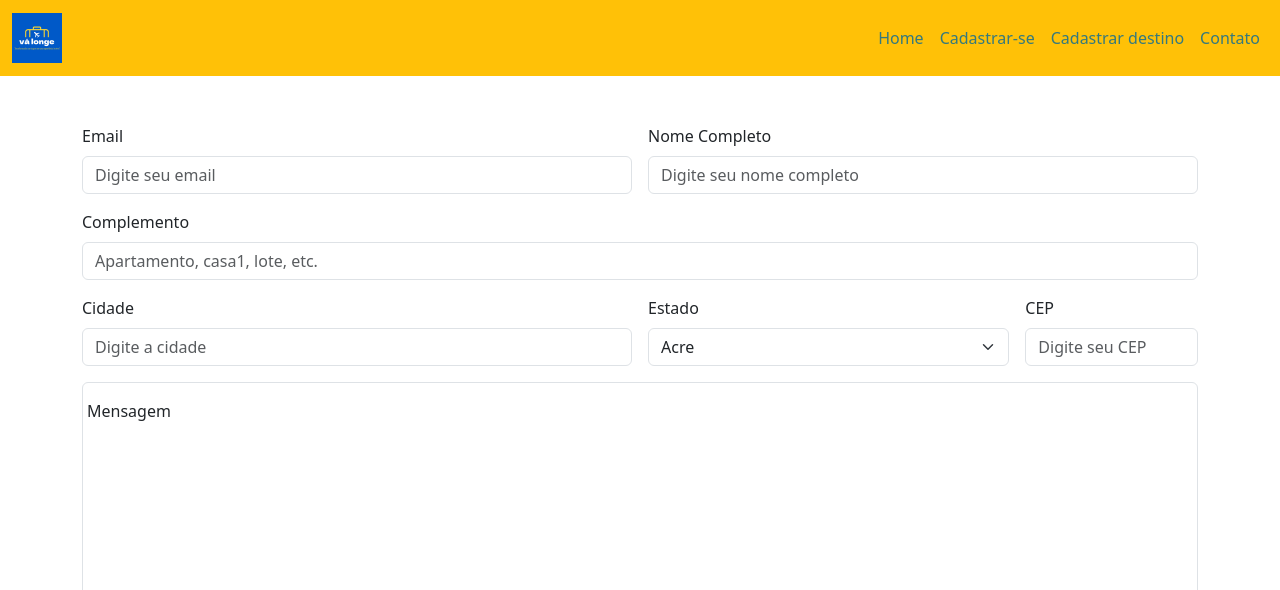
Repository: MaiconNunes315/Entrega_Recode_4
Page: Valonge/src/main/webapp/contact.html
The author's editor kept a copy of each file at every save. The page is drawn from the files as they stood at one save, then again after the next save.
The browser window is 1280 px wide. The pictures show the part of the page from y = 0 to 590 px (the page is 1132 px tall before and 960 px after).
A picture or video elsewhere on the page could not be fetched, so the positions and the page height are approximate. Some web fonts or font styles are not loaded; a fallback is used.

Above is the page before, as saved 2023-11-05 19:15:32.

After the next save:
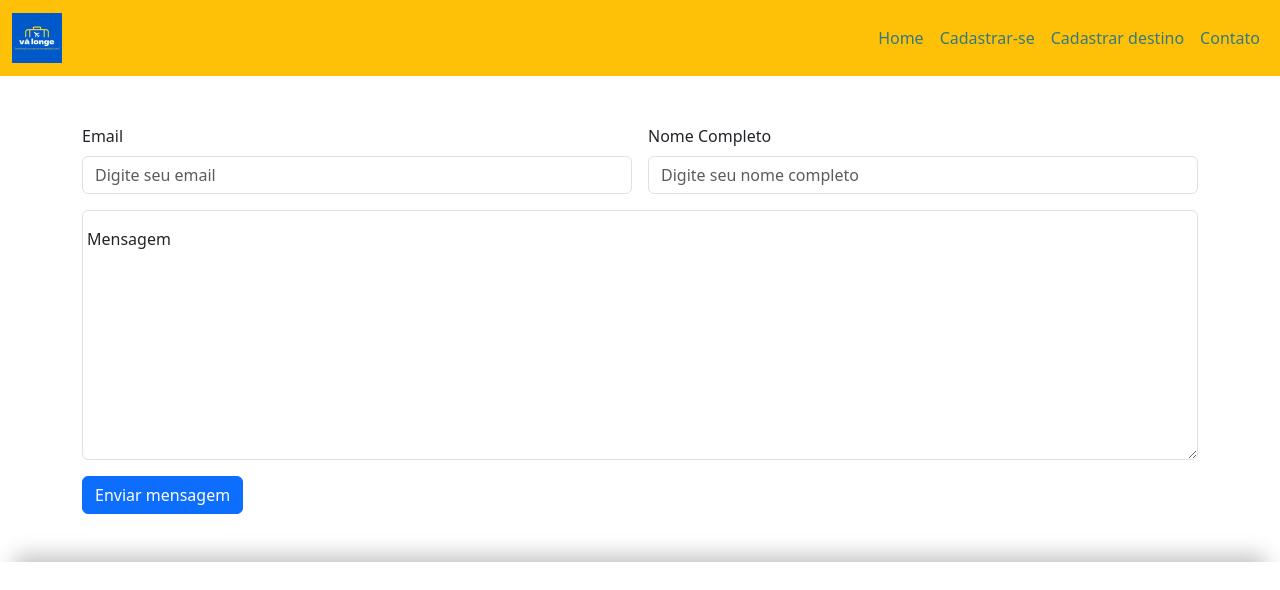
Saved 18 s later.
--- a/Valonge/src/main/webapp/contact.html
+++ b/Valonge/src/main/webapp/contact.html
@@ -72,51 +72,6 @@
                     id="inputPassword4">
             </div>
 
-            <div class="col-12">
-                <label for="inputAddress2" class="form-label">Complemento</label>
-                <input type="text" class="form-control" id="inputAddress2" placeholder="Apartamento, casa1, lote, etc.">
-            </div>
-            <div class="col-md-6">
-                <label for="inputCity" class="form-label">Cidade</label>
-                <input type="text" class="form-control" id="inputCity" required placeholder="Digite a cidade">
-            </div>
-            <div class="col-md-4">
-                <label for="inputState" class="form-label">Estado</label>
-                <select id="inputState" class="form-select">
-                    <option selected>Acre</option>
-                    <option>Alagoas</option>
-                    <option>Amapá</option>
-                    <option>Amazonas</option>
-                    <option>Bahia</option>
-                    <option>Brasilia</option>
-                    <option>Ceará</option>
-                    <option>Espírito Santo</option>
-                    <option>Goiás</option>
-                    <option>Maranhão</option>
-                    <option>Mato Grosso</option>
-                    <option>Mato Grosso do Sul</option>
-                    <option>Minas Gerais</option>
-                    <option>Pará</option>
-                    <option>Paraíba</option>
-                    <option>Paraná</option>
-                    <option>Pernambuco</option>
-                    <option>Piauí</option>
-                    <option>Rio de Janeiro</option>
-                    <option>Rio Grande do Norte</option>
-                    <option>Rio Grande do Sul</option>
-                    <option>Rondônia</option>
-                    <option>Roraima</option>
-                    <option>Santa Catarina</option>
-                    <option>São Paulo</option>
-                    <option>São Paulo</option>
-                    <option>Tocantins</option>
-
-                </select>
-            </div>
-            <div class="col-md-2">
-                <label for="inputZip" class="form-label">CEP</label>
-                <input type="text" class="form-control" placeholder="Digite seu CEP" id="inputZip">
-            </div>
             <div class="form-floating">
                 <textarea class="form-control" placeholder="Digite sua mensagem" id="floatingTextarea2"
                     style="height: 250px"></textarea>
